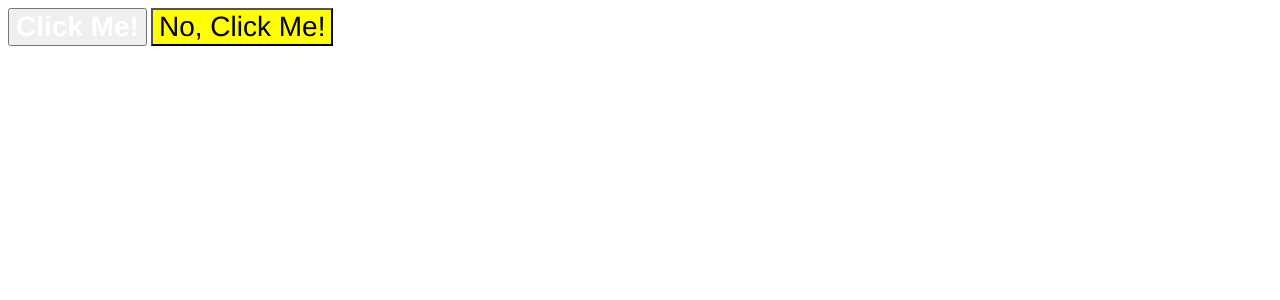
Repository: bbrockbrown/css-exercises
Page: foundations/03-grouping-selectors/index.html
These files come from the project's save history. The page is drawn as it stood at one moment and after the next save; the edit follows.
The browser window is 1280 px wide. The pictures show the whole page.

Above is the page before, as saved 2024-07-08 13:09:19.

### foundations/03-grouping-selectors/style.css
.click {
    background-color: rgb(0, 0, 0,);
    color: white;
    font-weight: bold;
}

.no-click {
    background-color: yellow;
}

.no-click, .click {
    font-size: 28px;
    font-family: Helvetica, "Times New Roman", sans-serif;
}

Loaded but not shown: foundations/03-grouping-selectors/index.html (common file)

After the next save:
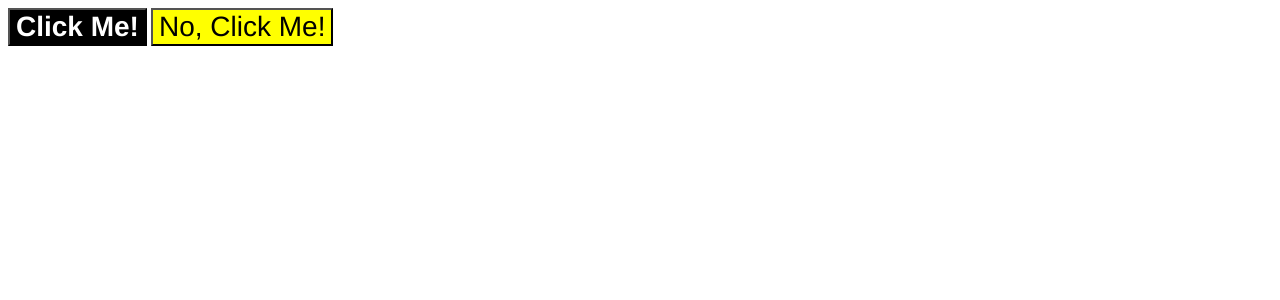
Saved 34 s later.
--- a/foundations/03-grouping-selectors/style.css
+++ b/foundations/03-grouping-selectors/style.css
@@ -1,5 +1,5 @@
 .click {
-    background-color: rgb(0, 0, 0,);
+    background-color: rgb(0, 0, 0);
     color: white;
     font-weight: bold;
 }
@@ -10,5 +10,5 @@
 
 .no-click, .click {
     font-size: 28px;
-    font-family: Helvetica, "Times New Roman", sans-serif;
+    font-family: Helvetica, "Times New Roman", sans-serif
 }
